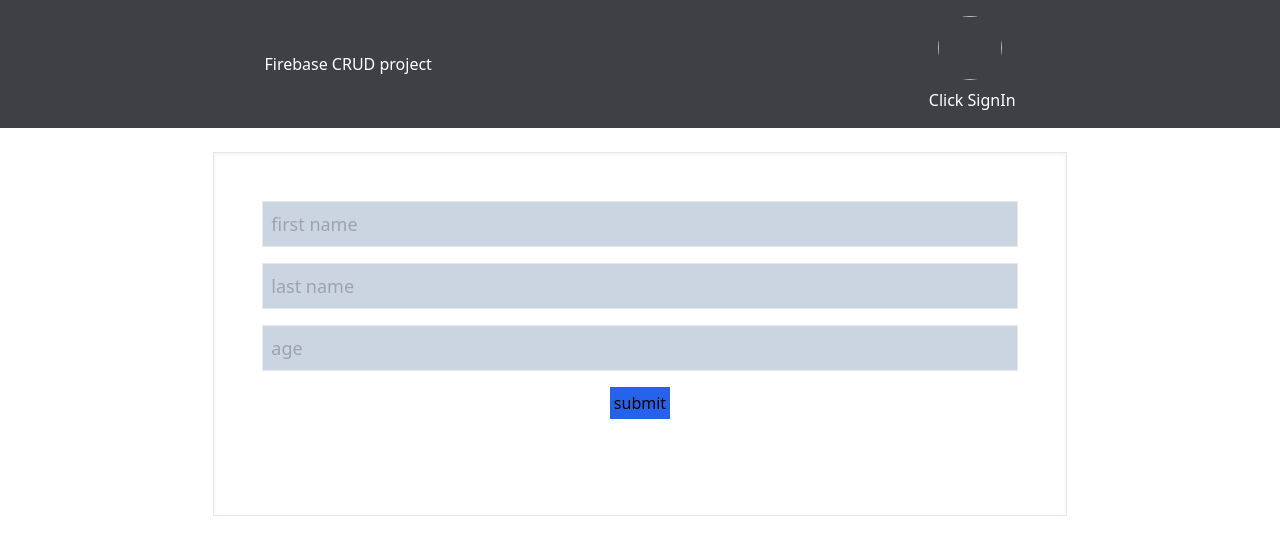
Repository: Semanmernstack/firebase-crud
Page: /
The author's editor kept a copy of each file at every save. The page is drawn from the files as they stood at one save, then again after the next save.
The browser window is 1280 px wide. The pictures show the whole page.
The page's requests for data from a server got no answer. The project was rebuilt for these pictures with package versions that can differ from the ones it lists, and the page was loaded fresh each time. No one was signed in, and anything a server would have sent is missing. Also part of the build but not shown: src/components/Regform.js.

Above is the page before, as saved 2023-04-10 02:13:44.

### src/index.css
body {
  margin: 0;

}

@tailwind base;
@tailwind components;
@tailwind utilities;

### src/App.js



import Body from "./components/Body";
import Header from "./components/Header";





function App() {

  return (
    <div className="">
      <Header/>
      <Body/>
    </div>
  );
}

export default App;

### src/components/Body.js
import { addDoc, collection, onSnapshot, serverTimestamp } from 'firebase/firestore';
import React, { useEffect, useState } from 'react'
import { useForm } from 'react-hook-form';
import { db } from '../firebase.';
import Regform from './Regform';

function Body() {

    const [reg, setReg] = useState([])


    useEffect(() =>
        onSnapshot(collection(db, "reg"), (snapshot) => {
            setReg(snapshot.docs.map((doc) => ({ ...doc.data(), id: doc.id })))
        }
        ), []);
    const {
        register,
        handleSubmit,
        formState: { errors },
    } = useForm();
    const onSubmit = async (data) => {
        await addDoc(collection(db, "reg"), {
            ...data,
            timestamp:serverTimestamp()

        })
        console.log(data)

    };


  return (
    <div className="p-8 text-black shadow-inner flex flex-col w-2/3 border mt-6 mx-auto ">
        <form className='flex flex-col p-4 gap-4 items-center justify-center text-center' onSubmit={handleSubmit(onSubmit)}>
            <input className="w-full p-2 border outline-none bg-slate-300 text black text-lg "  placeholder='first name'  {...register('firstName')} />
            <input className="w-full p-2 border outline-none bg-slate-300 text black text-lg "  placeholder='last name' {...register('lastName', { required: true })} />
            {errors.lastName && <p>Last name is required.</p>}
            <input className="w-full p-2 border outline-none bg-slate-300 text black text-lg "  placeholder='age' {...register('age', { pattern: /\d+/ })} />
            {errors.age && <p>Please enter number for age.</p>}




            <button className='bg-blue-600 hover:scale-90 ease-out cursor-pointer   p-1' type="submit">submit</button>
        </form>

        <div className='p-6 items-center justify-center '>
            {reg?.map((r) => (


                <Regform
                    key={r.id}
                    id={r.id}
                    age={r.age}
                    firstName={r.firstName}
                    lastName={r.lastName}

                />
            ))}
            <div>

            </div>

        </div>


    </div>
  )
}

export default Body

### src/components/Header.js


import Login from "./Login"


function Header() {



  return (
    <nav className="flex items-center justify-around bg-zinc-700 text-white p-4">
        <div>
            <h1> Firebase CRUD project</h1>
        </div>
        <Login/>

    </nav>


  )
}

export default Header

### src/firebase..js
import { initializeApp } from "firebase/app";
import { getAuth, GoogleAuthProvider } from "firebase/auth";
import { getFirestore } from "firebase/firestore";
import { getStorage } from "firebase/storage";
// TODO: Add SDKs for Firebase products that you want to use
// https://firebase.google.com/docs/web/setup#available-libraries

// Your web app's Firebase configuration
const firebaseConfig = {
  apiKey: "AIzaSyBgS0aivKoq6PRjPIzLlCpHxI0D8M1DMtw",
  authDomain: "school-81c7d.firebaseapp.com",
  projectId: "school-81c7d",
  storageBucket: "school-81c7d.appspot.com",
  messagingSenderId: "524069258489",
  appId: "1:524069258489:web:11c09d32a06e9a8b970e28"
};

// Initialize Firebase
const app = initializeApp(firebaseConfig);
const auth = getAuth(app);
const provider = new GoogleAuthProvider();
const db = getFirestore(app)
export const storage = getStorage(app)

export { auth, provider, db }

### src/components/Login.js
import { onAuthStateChanged, signInWithPopup } from 'firebase/auth'
import React, { useEffect, useState } from 'react'
import { auth, provider } from '../firebase.'


function Login() {
    const [user, setUser] = useState("")
    useEffect(() => {

        onAuthStateChanged(auth, (user) => {
            console.log(user)
          if (user) {
            setUser(user)
          }
        })

      }, [])





    const signIn = () => {
       try {
            signInWithPopup(auth, provider)
       }
       catch (error) {
            alert(error.message)
       }
    }
  return (
    <div className="flex flex-col items-center gap-2">
        <div className="flex gap-1 items-center">
            <img className='rounded-full h-16 w-16' src={user.photoURL} alt="" />
            <h1>{user?.displayName}</h1>
        </div>
        <div>
            <button onClick={signIn} >Click SignIn</button>
        </div>



    </div>
  )
}

export default Login

Loaded but not shown: public/index.html (common file); src/index.js (common file); src/reportWebVitals.js (common file); tailwind.config.js (common file)

After the next save:
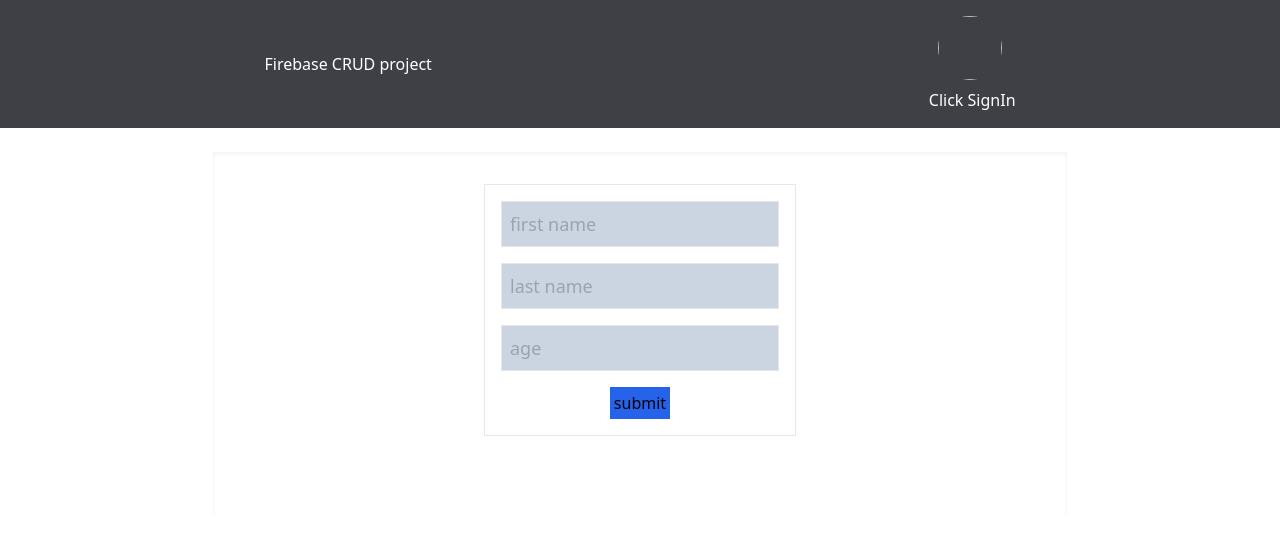
Saved 4 min 52 s later.
--- a/src/components/Body.js
+++ b/src/components/Body.js
@@ -31,8 +31,8 @@ function Body() {
 
 
   return (
-    <div className="p-8 text-black shadow-inner flex flex-col w-2/3 border mt-6 mx-auto ">
-        <form className='flex flex-col p-4 gap-4 items-center justify-center text-center' onSubmit={handleSubmit(onSubmit)}>
+    <div className="p-8 text-black shadow-inner items-center flex flex-col w-2/3  mt-6 mx-auto ">
+        <form className='flex flex-col p-4 gap-4 items-center justify-center text-center border' onSubmit={handleSubmit(onSubmit)}>
             <input className="w-full p-2 border outline-none bg-slate-300 text black text-lg "  placeholder='first name'  {...register('firstName')} />
             <input className="w-full p-2 border outline-none bg-slate-300 text black text-lg "  placeholder='last name' {...register('lastName', { required: true })} />
             {errors.lastName && <p>Last name is required.</p>}
